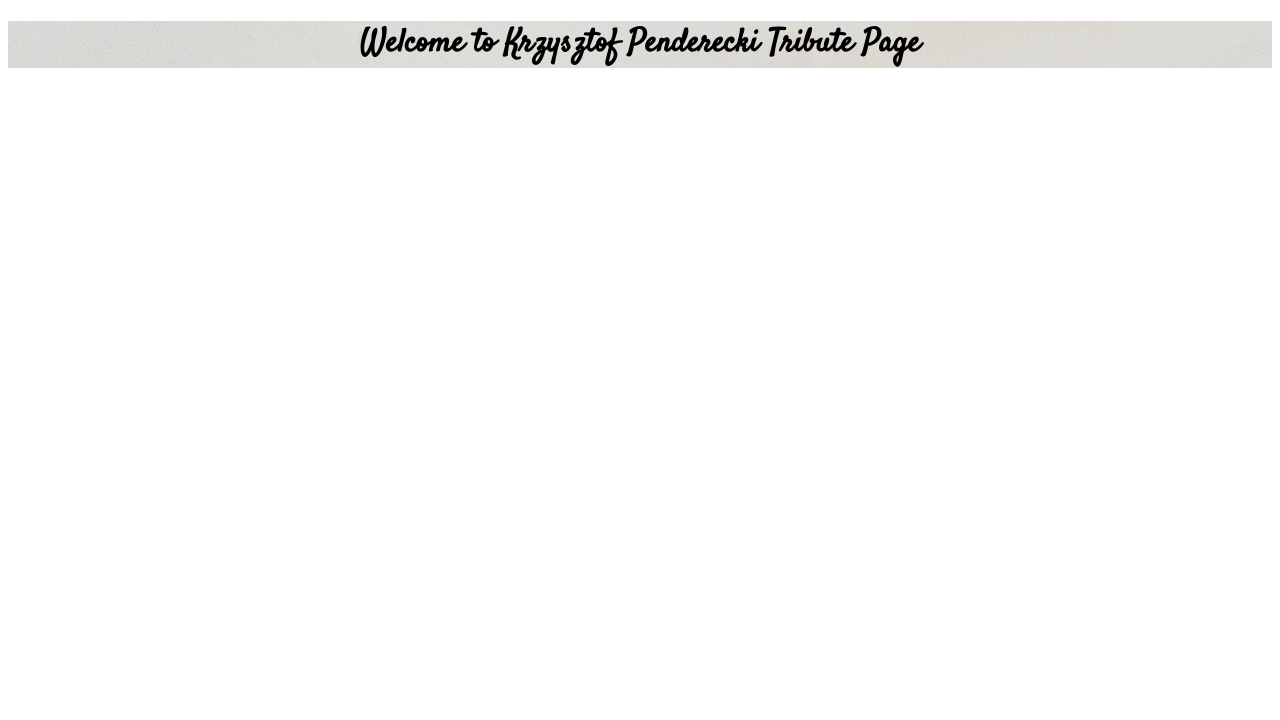
Repository: justynke/tribute_page
Page: index.html
An editor plug-in stored every save of this project. The page is shown before and after the next save, followed by the edit.
The browser window is 1280 px wide. The pictures show the whole page.

Above is the page before, as saved 2020-04-19 15:16:24.

After the next save:
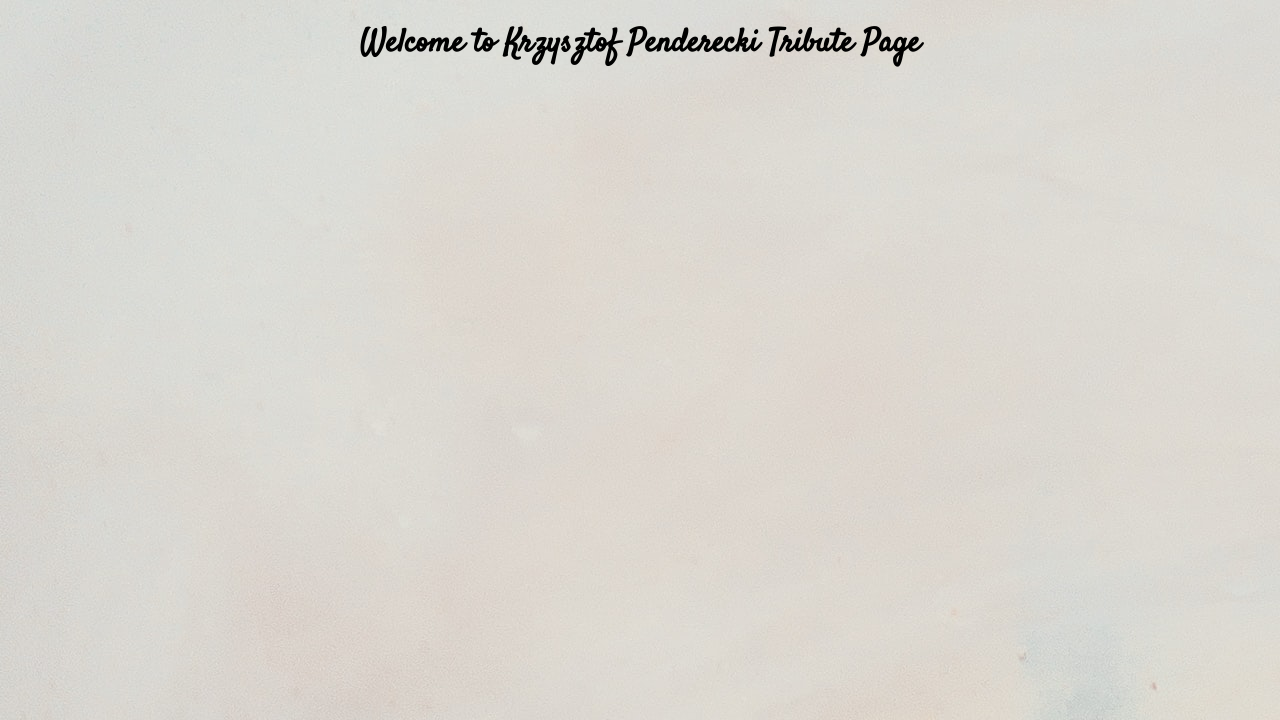
Saved 26 s later.
--- a/styles.css
+++ b/styles.css
@@ -1,5 +1,8 @@
+body {
+    background-image: url(images/background.jpg);
+}
+
 h1 {
     text-align: center;
     font-family: Satisfy;
-    background-image: url(images/background.jpg);
 }
